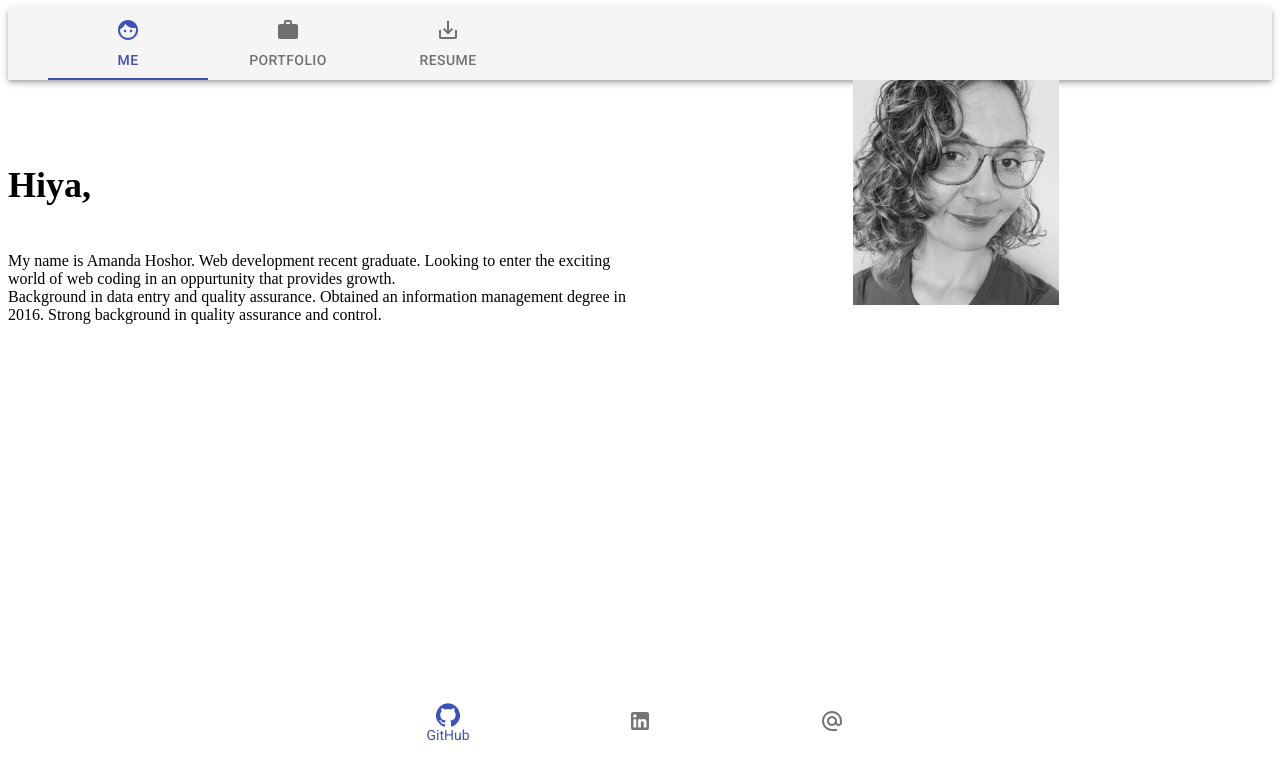
Repository: mandahos/hoshor
Page: /
These files come from the project's save history. The page is drawn as it stood at one moment and after the next save; the edit follows.
The browser window is 1280 px wide. The pictures show the whole page.
The project was rebuilt for these pictures with package versions that can differ from the ones it lists, and the page was loaded fresh each time. Also part of the build but not shown: src/components/Portfolio/index.js, src/components/Resume/index.js. Imported but missing from the stored project, and not drawn on this page: src/assets/resume/Amanda_Hoshor_Resume.PDF, src/assets/resume/Resume_Hoshor (1).pdf.

Above is the page before, as saved 2021-08-22 08:20:07.

### public/index.html
<!DOCTYPE html>
<html lang="en">
  <head>
    <meta charset="utf-8" />
    <link rel="icon" href="%PUBLIC_URL%/favicon.ico" />
    <meta name="viewport" content="width=device-width, initial-scale=1" />
    <meta name="theme-color" content="#000000" />
    <meta
      name="description"
      content="Web site created using create-react-app"
    />
    <link rel="apple-touch-icon" href="%PUBLIC_URL%/logo192.png" />
    <link rel="stylesheet" href="https://fonts.googleapis.com/css?family=Roboto:300,400,500,700&display=swap" />

    <!--
      manifest.json provides metadata used when your web app is installed on a
      user's mobile device or desktop. See https://developers.google.com/web/fundamentals/web-app-manifest/
    -->

    <link rel="stylesheet" href="https://fonts.googleapis.com/icon?family=Material+Icons" />
    <link rel="manifest" href="%PUBLIC_URL%/manifest.json" />
    <!--
      Notice the use of %PUBLIC_URL% in the tags above.
      It will be replaced with the URL of the `public` folder during the build.
      Only files inside the `public` folder can be referenced from the HTML.

      Unlike "/favicon.ico" or "favicon.ico", "%PUBLIC_URL%/favicon.ico" will
      work correctly both with client-side routing and a non-root public URL.
      Learn how to configure a non-root public URL by running `npm run build`.
    -->
    <title>Hoshor</title>
  </head>
  <body>
    <noscript>You need to enable JavaScript to run this app.</noscript>
    <div id="root"></div>
    <!--
      This HTML file is a template.
      If you open it directly in the browser, you will see an empty page.

      You can add webfonts, meta tags, or analytics to this file.
      The build step will place the bundled scripts into the <body> tag.

      To begin the development, run `npm start` or `yarn start`.
      To create a production bundle, use `npm run build` or `yarn build`.
    -->
  </body>
</html>

### src/index.js
import React from 'react';
import ReactDOM from 'react-dom';
import './css/styles.css';
import App from './App';

ReactDOM.render(
  <React.StrictMode>
    <App />

  </React.StrictMode>,
  document.getElementById('root')
);

// If you want to start measuring performance in your app, pass a function
// to log results (for example: reportWebVitals(console.log))
// or send to an analytics endpoint. Learn more: https://bit.ly/CRA-vitals

### src/css/styles.css
.App {
  font-family: Arial, Helvetica, sans-serif;
  text-align: center;
  background-color: #7A6174;
  color: white
}
h1 {
  font-size: 48px;

}
h2 {
  font-size: 14px
}
.About {
  font-family: Cambria, Cochin, Georgia, Times, 'Times New Roman', serif
}
h3 {
  text-align: left;
}

p {
  text-align: left;
}

### src/App.js
import React, { useState } from "react";
import "./css/styles.css";
import  Navigation from "./components/Navigation";
import  Footer  from "./components/Footer";

// import background from "./assets/images/plug.png"


export default function App() {
   return (
    <div>
      <Navigation />



        <Footer />
    </div>
  )
}

### src/components/Navigation/index.js
import React from 'react';
import PropTypes from 'prop-types';
import { makeStyles } from '@material-ui/core/styles';
import AppBar from '@material-ui/core/AppBar';
import Tabs from '@material-ui/core/Tabs';
import Tab from '@material-ui/core/Tab';

import FaceIcon from '@material-ui/icons/Face';
import WorkIcon from '@material-ui/icons/Work';
import SaveAltIcon from '@material-ui/icons/SaveAlt';

import Typography from '@material-ui/core/Typography';
import Box from '@material-ui/core/Box';

import Me from '../Me/index'
import Portfolio from '../Portfolio/index'
import Resume from '../Resume/index'

function TabPanel(props) {
  const { children, value, index, ...other } = props;

  return (
    <div
      role="tabpanel"
      hidden={value !== index}
      id={`scrollable-force-tabpanel-${index}`}
      aria-labelledby={`scrollable-force-tab-${index}`}
      {...other}
    >
      {value === index && (
        <Box p={3}>
          <Typography>{children}</Typography>
        </Box>
      )}
    </div>
  );
}

TabPanel.propTypes = {
  children: PropTypes.node,
  index: PropTypes.any.isRequired,
  value: PropTypes.any.isRequired,
};

function a11yProps(index) {
  return {
    id: `scrollable-force-tab-${index}`,
    'aria-controls': `scrollable-force-tabpanel-${index}`,
  };
}

const useStyles = makeStyles((theme) => ({
  root: {
    flexGrow: 1,
    width: '100%',
    backgroundColor: theme.palette.background.paper,
  },
}));

export default function ScrollableTabsButtonForce() {
  const classes = useStyles();
  const [value, setValue] = React.useState(0);

  const handleChange = (event, newValue) => {
    setValue(newValue);
  };


  return (
    <>
      <div className={classes.root}>
        <AppBar position="static" color="default">
          <Tabs
            value={value}
            onChange={handleChange}
            variant="scrollable"
            scrollButtons="on"
            indicatorColor="primary"
            textColor="primary"
            aria-label="scrollable force tabs example"
          >

            <Tab label="Me" icon={<FaceIcon />} {...a11yProps(0)} />
            <Tab label="Portfolio" icon={<WorkIcon />} {...a11yProps(1)} />
            <Tab label="Resume" icon={<SaveAltIcon />} {...a11yProps(2)} />
          </Tabs>
        </AppBar>


        {value === 0 && <Me />}
        {value === 1 && <Portfolio />}
        {value === 2 && <Resume />}

      </div>
    </>
  );
}

### src/components/Footer/index.js
import React from 'react';
import { makeStyles } from '@material-ui/core/styles';
import BottomNavigation from '@material-ui/core/BottomNavigation';
import BottomNavigationAction from '@material-ui/core/BottomNavigationAction';
import LinkedInIcon from '@material-ui/icons/LinkedIn';
import GitHubIcon from '@material-ui/icons/GitHub';
import AlternateEmailIcon from '@material-ui/icons/AlternateEmail';
import CSS from './footer.css'

const useStyles = makeStyles({
  root: {
    width: 500,


  },
});

export default function LabelBottomNavigation() {
  const footer = useStyles();
  const [value, setValue] = React.useState('recents');

  const handleChange = (event, newValue) => {
    setValue(newValue);
  };

  return (
    <BottomNavigation value={value} onChange={handleChange} className={footer}>
      <BottomNavigationAction a href="https://github.com/mandahos" label="GitHub" value="recents" icon={<GitHubIcon />} />
      <BottomNavigationAction a href="https://www.linkedin.com/in/amanda-hoshor/" label="LinkedIn" value="favorites" icon={<LinkedInIcon />} />
      <BottomNavigationAction a href="mailto:hoshor.manda@gmail.com" label="Email" value="nearby" icon={<AlternateEmailIcon />} />

    </BottomNavigation>
  );
}

### src/components/Me/index.js
import React from 'react';
import {
  Container,
  Stack,
  Flex,
  Box,
  Heading,
  Text,
  Image

} from '@chakra-ui/react';
import { makeStyles } from '@material-ui/core/styles';


import picture from '../../assets/images/portfolio.jpg'

const useStyles = makeStyles({
  root: {
    background: '#b1b7d1',
    border: 0,
    borderRadius: 3,
    boxShadow: '0 3px 5px 2px rgba(255, 105, 135, .3)',
    color: 'white',
    height: 48,
    padding: '0 30px',
  },
});

const Me = () => {
  const classes = useStyles();
  return (

    <Container maxW={'7xl'} >
      <Stack
        align={'center'}
        spacing={{ base: 8, md: 10 }}
        py={{ base: 20, md: 28 }}
        direction={{ base: 'column', md: 'row' }}>

        <Stack flex={1} spacing={{ base: 5, md: 10 }}>
          <Heading
            lineHeight={1.1}
            fontWeight={800}
            fontSize={36}
            >
            <Text
              as={'span'}
              position={'relative'}
              _after={{
                content: "''",
                width: 'full',
                height: '80%',
                position: 'absolute',
                bottom: 1,
                left: 0,
                bg: 'red.400',
                zIndex: -1,

              }}>
              Hiya,
            </Text>
            <br />

          </Heading>
          <Text color={'black.500'}>
            My name is Amanda Hoshor. Web development recent graduate. Looking to enter the exciting world of web coding in an oppurtunity that provides growth.
            <br/>
            Background in data entry and quality assurance. Obtained an information management degree in 2016. Strong background in quality assurance and control.
          </Text>
          <Stack
            spacing={{ base: 4, sm: 6 }}
            direction={{ base: 'column', sm: 'row' }}>

          </Stack>
        </Stack>
        <Flex
          flex={1}
          justify={'center'}
          align={'center'}
          position={'relative'}
          w={'full'}>

          <Box
            position={'relative'}
            height={'300px'}
            rounded={'2xl'}
            boxShadow={'2xl'}
            width={'full'}
            overflow={'hidden'}>

            <Image
              alt={'Me'}
              fit={'cover'}
              align={'center'}
              w={'100%'}
              h={'75%'}
              src={
                picture
              }
            />
          </Box>
        </Flex>
      </Stack>
    </Container>
  );
}

export default Me;

### src/components/Footer/footer.css
.root {
    display: block;
    margin-left: auto;
    margin-right: auto;
    margin-top: 25%;
    justify-content: center;
    position: relative;
    bottom: 0;

}

After the next save:
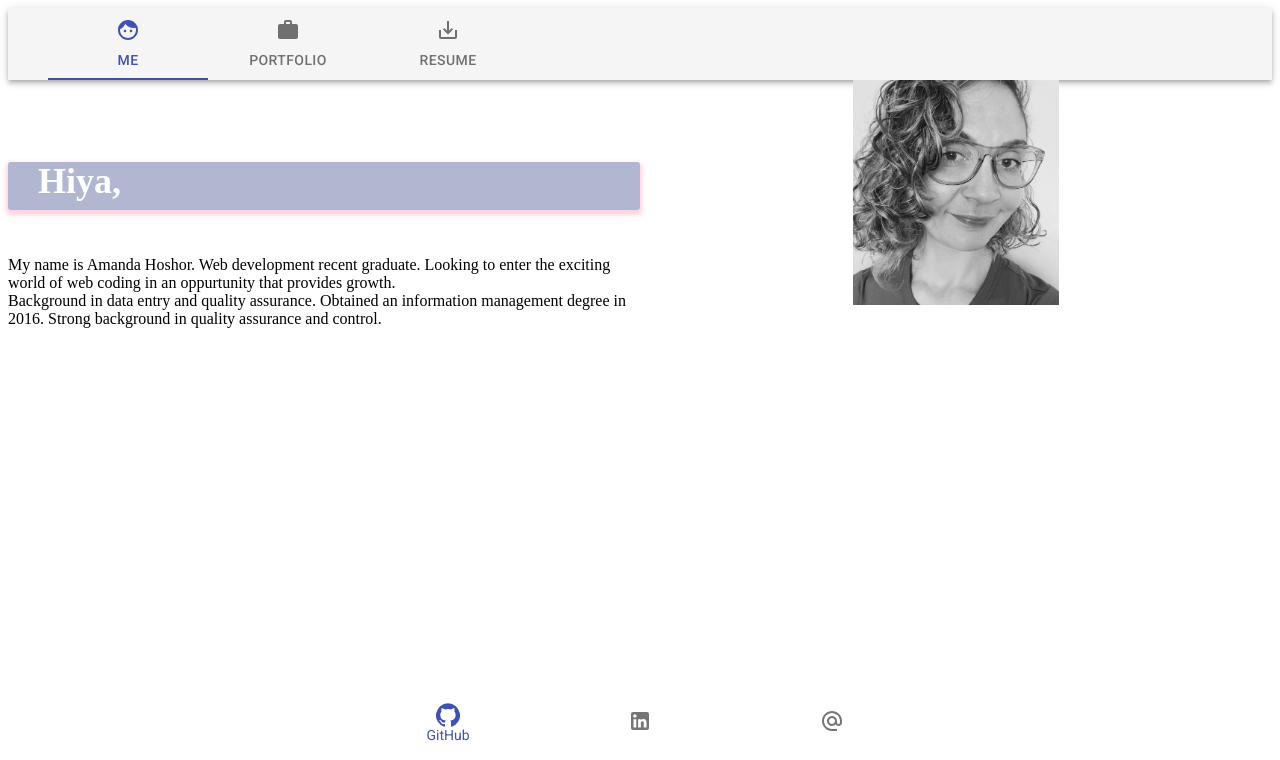
Saved 16 s later.
--- a/src/components/Me/index.js
+++ b/src/components/Me/index.js
@@ -42,6 +42,7 @@
             lineHeight={1.1}
             fontWeight={800}
             fontSize={36}
+            className={classes.root}
             >
             <Text
               as={'span'}
